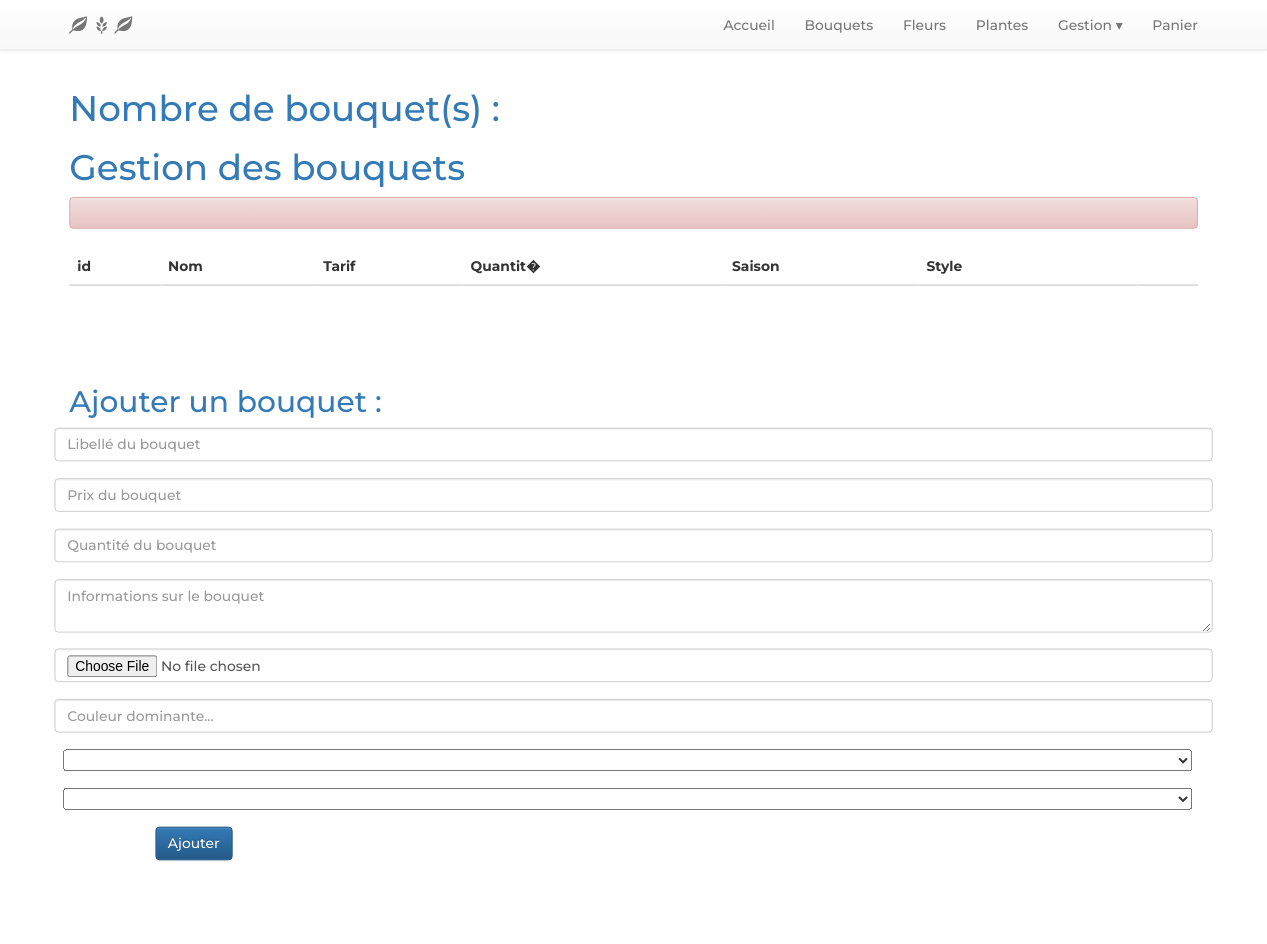
Repository: JeremT8/JavaFleuristeProject
Page: tp-fleuriste/src/main/webapp/bouquets.html
These files come from the project's save history. The page is drawn as it stood at one moment and after the next save; the edit follows.
The browser window is 1280 px wide. The pictures show the whole page, at 99% of full size.
The page's requests for data from a server got no answer. Some web libraries are served in a nearby version.

Above is the page before, as saved 2022-05-18 14:06:36.

### tp-fleuriste/src/main/webapp/bouquets.html
<!DOCTYPE html>
<html>
<head>
<meta charset="UTF-8">
<title>Flow Hearts</title>
<link rel="stylesheet"
	href="https://maxcdn.bootstrapcdn.com/bootstrap/3.3.7/css/bootstrap.min.css">
<link rel="stylesheet"
	href="https://maxcdn.bootstrapcdn.com/bootstrap/3.3.7/css/bootstrap-theme.min.css">
<script
	src="https://ajax.googleapis.com/ajax/libs/jquery/3.1.1/jquery.min.js"></script>
<script
	src="https://maxcdn.bootstrapcdn.com/bootstrap/3.3.7/js/bootstrap.min.js"></script>
<link rel="apple-touch-icon" sizes="76x76" href="/apple-touch-icon.png">
<link rel="icon" type="image/png" sizes="32x32"
	href="/favicon-32x32.png">
<link rel="icon" type="image/png" sizes="16x16"
	href="/favicon-16x16.png">
<link rel="manifest" href="/site.webmanifest">
<link rel="mask-icon" href="/safari-pinned-tab.svg" color="#5bbad5">
<meta name="msapplication-TileColor" content="#da532c">
<meta name="theme-color" content="#ffffff">
<link rel="stylesheet" href="css/commun.css">
<link rel="preconnect" href="https://fonts.googleapis.com">
<link rel="preconnect" href="https://fonts.gstatic.com" crossorigin>
<link href="https://fonts.googleapis.com/css2?family=Montserrat:wght@300;500;700&display=swap" rel="stylesheet">
<script src="./js/bouquets.js"></script>
</head>
<body>
	<nav class="navbar navbar-default navbar-fixed-top">
		<div class="container">
			<div class="navbar-header">
				<a href="index.html" class="navbar-brand active"> <span
					class="glyphicon glyphicon-leaf rotate-leaf"></span> <span
					class="glyphicon glyphicon-grain"></span> <span
					class="glyphicon glyphicon-leaf"></span>
				</a>
				<button class="navbar-toggle" type="button" data-toggle="collapse"
					data-target="#navbar-main">
					<span class="icon-bar"></span> <span class="icon-bar"></span> <span
						class="icon-bar"></span>
				</button>
			</div>
			<div class="navbar-collapse collapse" id="navbar-main">
				<ul class="nav navbar-nav navbar-right">
					<li><a href="index.html">Accueil</a></li>
					<li><a href="bouquets.html">Bouquets</a></li>
					<li><a href="fleurs.html">Fleurs</a></li>
					<li><a href="plantes.html">Plantes</a></li>
					<li  active class="nav-item dropdown"><a
						class="nav-link dropdown-toggle" href="#" id="navbarDropdown"
						role="button" data-toggle="dropdown" aria-haspopup="true"
						aria-expanded="false"> Gestion ▾ </a>
						<div class="dropdown-menu" aria-labelledby="navbarDropdown">
							<a class="dropdown-item" href="plantes.html">Plantes</a>
							<div class="dropdown-divider"></div>
							<a class="dropdown-item" href="fleurs.html">Fleurs</a>
							<div class="dropdown-divider"></div>
							<a class="dropdown-item" href="bouquets.html">Bouquets</a>
							<div class="dropdown-divider"></div>
							<a class="dropdown-item" href="saisons.html">Saisons</a>
							<div class="dropdown-divider"></div>
							<a class="dropdown-item" href="styles.html">Styles</a>
						</div></li>
					<li><a  href="panier.html"> Panier</a></li>
				</ul>
			</div>
		</div>
	</nav>
<body>
	<div class="container">
		<h1 class="bleu">
			Nombre de bouquet(s) : <span id="nbBouquets"></span>
		</h1>
		<h1 class="bleu">Gestion des bouquets</h1>

		<div class="alert alert-danger d-none" id="errorBouquets"></div>

		<table class="table table-hover table-striped">
			<thead>
				<tr>
					<th>id</th>
					<th>Nom</th>
					<th>Tarif</th>
					<th>Quantit�</th>
					<th>Saison</th>
					<th>Style</th>
					<th>&nbsp;</th>
					<th>&nbsp;</th>
				</tr>
			</thead>
			<tbody id="tbodyliste">
			</tbody>

		</table>

		<br> <br> <br>
		<h2 class="bleu">Ajouter un bouquet :</h2>
		<div>
			<form class="form-horizontal">
				<div class="form-group">
					<div class="div-form-input mb-3">
						<input type="text"
							id="nomBouquet" class="form-control"
							placeholder="Libellé du bouquet" aria-label="Username"
							aria-describedby="basic-addon1">
					</div>
					<div class="div-form-input mb-3">
						<input type="number"
							id="tarifBouquet" class="form-control"
							placeholder="Prix du bouquet" aria-label="Username"
							aria-describedby="basic-addon1">
					</div>
					<div class="div-form-input mb-3">
						<input
							type="number" id="quantiteBouquet" class="form-control"
							placeholder="Quantité du bouquet" aria-label="Username"
							aria-describedby="basic-addon1">
					</div>
					<div class="div-form-input mb-3">

						<textarea class="form-control" id="infoBouquet"
							placeholder="Informations sur le bouquet"
							aria-label="With textarea"></textarea>
					</div>
					<div class="div-form-input mb-3">
						<input type="file"
							id="urlImageBouquet" class="form-control"
							placeholder="URL de l'image..." aria-label="Username"
							aria-describedby="basic-addon1">
					</div>
					<div class="div-form-input mb-3">
						<input
							type="text" id="couleurBouquet" class="form-control"
							placeholder="Couleur dominante..." aria-label="Username"
							aria-describedby="basic-addon1">
					</div>
					<div class="div-form-input form-group">
						<div class="col-12">

							<select id="saison" class="form-select" aria-label="multiple select example">

							</select>
						</div>
					</div>
					<div class="div-form-input form-group">
						<div class="col-12">

							<select id="style" class="form-select" aria-label="multiple select example">

							</select>
						</div>
					</div>

					<div class="col-xs-2 mt-2">
						<button type="button" id="bAjoutBouquet"
							class="btn btn-primary pull-right mt-2">Ajouter</button>
					</div>
				</div>

			</form>
		</div>
	</div>
</body>
</html>

### tp-fleuriste/src/main/webapp/css/commun.css
body {
	padding-top: 70px;
	padding-bottom: 70px;
	font-family: 'Montserrat', sans-serif !important;

}

.navbar-foot {
	width: 100%;
}

.rouge {
	color: red;
}

.vert {
	color: green;
}

.bleu, .glyphicon-shopping-cart {
	color: #337ab7;
}
.gros{
	font-size: 1.0em;
	padding-left: 15px;
	padding-right: 15px;
}
.glyphicon-menu-up, .glyphicon-menu-down{
	font-size: 0.7em;
}
.supp, .modif, .tri{
/* 	cursor:crosshair;	 */
	cursor:pointer;
}

textarea.noresize{
	resize: none;
}

#map{
	width : 100%;
	height : 400px;
	border : 1px solid #337ab7;
}

.icon-flipped {
transform: scaleX(-1);
-moz-transform: scaleX(-1);
-webkit-transform: scaleX(-1);
-ms-transform: scaleX(-1);
}


.bottle{
	display: inline-block !important;
}

a.dropdown-item {
	color: black;
	text-decoration: none;
	width:100%;
	margin: 4% auto;
}

.open > .dropdown-menu  {
	display: flex;
	flex-wrap: wrap;
	flex-direction: column;
	text-align: center;
	letter-spacing: 2px;
}


.input-form {
	margin:0.8em;
}

.div-form-input {
	margin: 0% 0% 1.2em 0%;
}

select#saison, select#style {
	width: 95%;
	margin: 0% 2% 0% 2%;
}

### tp-fleuriste/src/main/webapp/js/bouquets.js
$(function() {
	getBouquets();
	getSaisons();
	getStyles();
	$("#bAjoutBouquet").on("click", ajouterBouquet);
});

function getBouquets() {
	$.get("http://localhost:8080/tp-fleuriste/rs/bouquets", afficherBouquets);
}

function getSaisons() {
	$.get("http://localhost:8080/tp-fleuriste/rs/saisons", function(saisons) {

		var data = "";
		saisons.forEach(function(ss) {
			data += "<option value=" + ss.id + ">" + ss.libelle + "</option>";
		});

		$("#saison").html(data);

	});
}

function getStyles() {
	$.get("http://localhost:8080/tp-fleuriste/rs/styles", function(styles) {

		var data = "";
		styles.forEach(function(s) {
			data += "<option value=" + s.id + ">" + s.libelle + "</option>";
		});

		$("#style").html(data);

	});
}


function afficherBouquets(bouquets) {
	var data = "";
	$("#nbBouquet").html(bouquets.length);
	bouquets.forEach(function(b) {
		var tr = "<tr>";
		tr += "<td>" + b.id + "</td>";
		tr += "<td><button onclick='afficheBouquet(" + b.id + ")' type='button' class='btn btn-link'>" + b.nom + "</button></td>";
		tr += "<td>" + b.tarif + "</td>";
		tr += "<td>" + b.quantite + "</td>";
		tr += "<td>" + b.saison.libelle + "</td>";
		tr += "<td>" + b.style.libelle + "</td>";
		tr += "<td class='centre'><button onclick='modifBouquet(" + b.id + ")' type='button' class='btn btn-xs btn-success'>Modifier</button></td>";
		tr += "<td class='centre'><button onclick='suppBouquet(" + b.id + ")' type='button' class='btn btn-xs btn-danger'>Supprimer</button></td>";
		tr += "</tr>";

		data += tr;
	})

	$("#tbodyliste").html(data);


}

function ajouterBouquet() {

	var data = {
		nom: $("#nomBouquet").val(),
		tarif: $("#tarifBouquet").val(),
		quantite: $("#quantiteBouquet").val(),
		description: $("#infoBouquet").val(),
		image: $("#urlImageBouquet").val(),
		couleur: $("#couleurBouquet").val(),
		saison: {
			id: $("#saison").val()
		},
		style: {
			id: $("#style").val()
		},
	}


	$.ajax({
		type: 'post',
		url: 'http://localhost:8080/tp-fleuriste/rs/bouquets',
		data: JSON.stringify(data),
		contentType: "application/json;charset=utf-8",
		success: function() {
			window.location = "bouquets.html";
		}
	})
		.fail(function() {
			$("#errorBouquets").css("display", "block");
			$("#errorBouquets").html("Une erreur est survenue lors de l'ajout");
		})
}

function afficheBouquet(id) {
	window.location = "bouquet-detail.html?id=" + id;
}

function modifBouquet(id) {
	window.location = "modifbouquet.html?id=" + id;
}

function suppBouquet(id) {
	$.ajax({
		type: 'delete',
		url: 'http://localhost:8080/tp-fleuriste/rs/bouquets/' + id,
		success: function() {
			getBouquets();
		}
	})
		.fail(function() {
			$("#errorBouquets").css("display", "block");
			$("#errorBouquets").html("Une erreur est survenue lors de la suppression");
		})
}

After the next save:
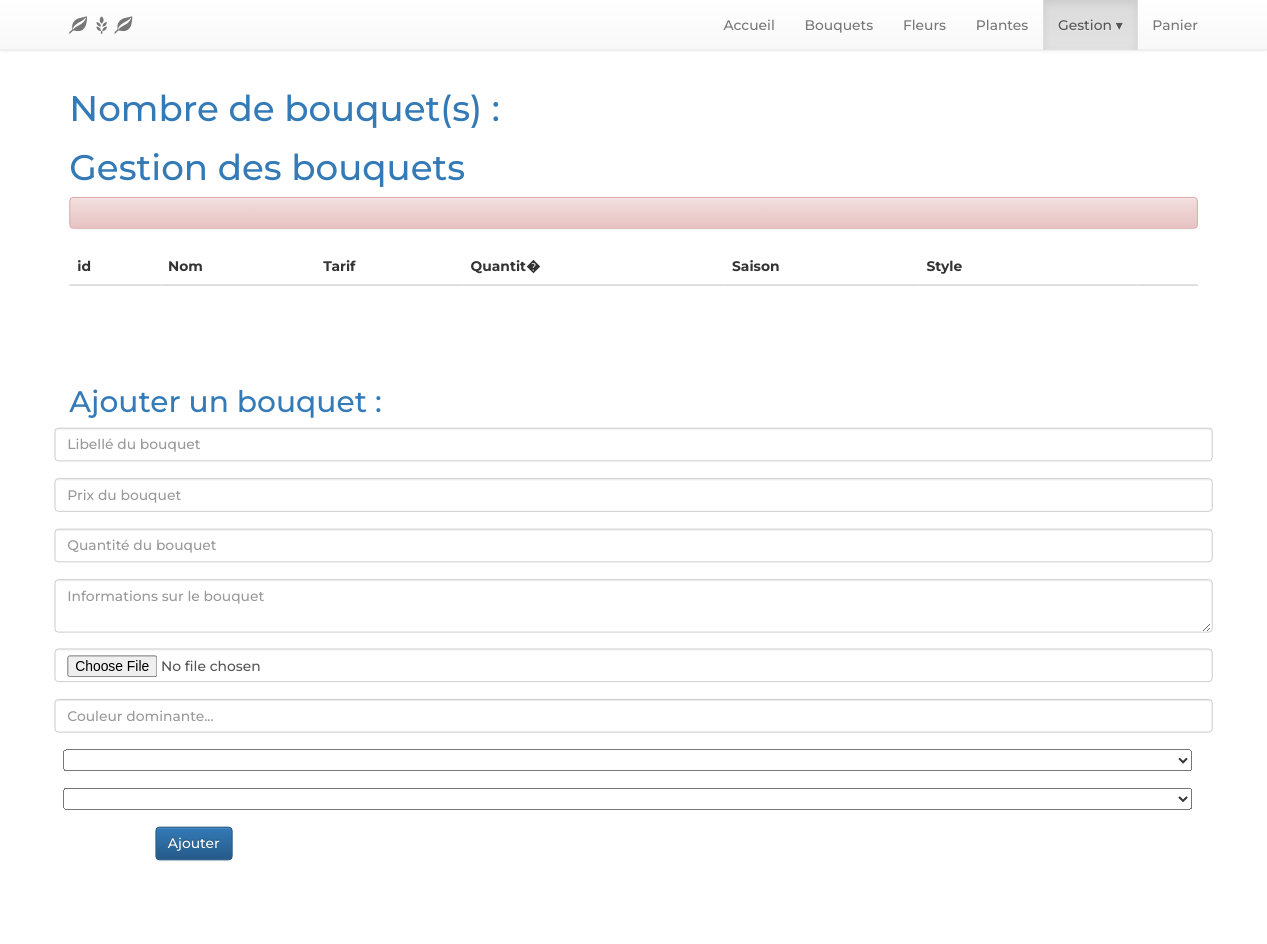
Saved 8 s later.
--- a/tp-fleuriste/src/main/webapp/bouquets.html
+++ b/tp-fleuriste/src/main/webapp/bouquets.html
@@ -47,7 +47,7 @@
 					<li><a href="bouquets.html">Bouquets</a></li>
 					<li><a href="fleurs.html">Fleurs</a></li>
 					<li><a href="plantes.html">Plantes</a></li>
-					<li  active class="nav-item dropdown"><a
+					<li class="nav-item dropdown active"><a
 						class="nav-link dropdown-toggle" href="#" id="navbarDropdown"
 						role="button" data-toggle="dropdown" aria-haspopup="true"
 						aria-expanded="false"> Gestion ▾ </a>
